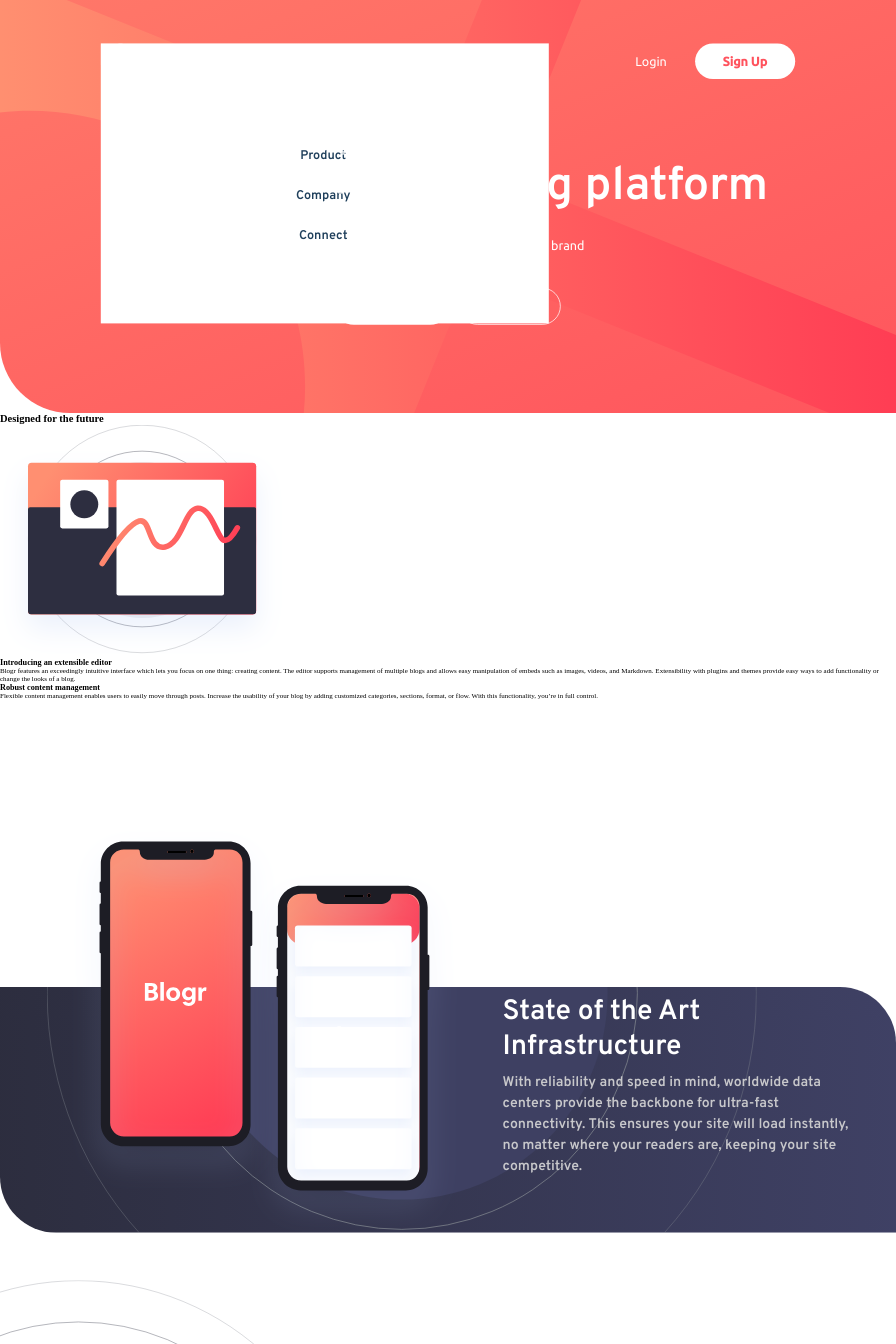
Repository: tomas938/tomaspage3
Page: index.html
An editor plug-in stored every save of this project. The page is shown before and after the next save, followed by the edit.
The browser window is 1280 px wide. The pictures show the part of the page from y = 0 to 1920 px (the page is 3157 px tall), at 70% of full size.
The style sheet was rebuilt from its Sass, Less or Tailwind sources for each picture, by a compiler version that may differ from the author's.

Above is the page before, as saved 2021-07-30 17:04:35.

### index.html
<!DOCTYPE html>
<html lang="en">
	<head>
		<meta charset="UTF-8" />
		<meta name="viewport" content="width=device-width, initial-scale=1.0" />
		<!-- displays site properly based on user's device -->

		<link
			rel="icon"
			type="image/png"
			sizes="32x32"
			href="./images/favicon-32x32.png"
		/>

		<title>Frontend Mentor | [Blogr]</title>

		<link rel="stylesheet" href="./scss/main.css" />
	</head>
	<body>
		<section class="intro">
			<header>
				<nav class="intro__navigation">
					<div class="intro__navigation__logo">
						<svg width="101" height="40" xmlns="http://www.w3.org/2000/svg">
							<path
								d="M0 30.803V1.486h10.653c1.982 0 3.695.31 5.14.93 1.446.619 2.56 1.5 3.345 2.642.785 1.142 1.177 2.484 1.177 4.026 0 1.404-.303 2.636-.909 3.695a6.48 6.48 0 01-2.56 2.498c1.487.578 2.643 1.494 3.469 2.746.826 1.253 1.239 2.732 1.239 4.439 0 1.707-.44 3.18-1.322 4.418-.88 1.239-2.12 2.202-3.716 2.89-1.596.688-3.482 1.033-5.657 1.033H0zM5.946 6.565v6.73h4.046c1.35 0 2.388-.282 3.118-.846.73-.564 1.094-1.397 1.094-2.498 0-1.101-.365-1.94-1.094-2.519-.73-.578-1.769-.867-3.118-.867H5.946zm0 19.159h4.624c1.542 0 2.732-.33 3.572-.991.84-.66 1.26-1.61 1.26-2.85 0-1.238-.42-2.188-1.26-2.848-.84-.66-2.03-.991-3.572-.991H5.946v7.68zm19.282 5.079V0h5.781v30.803h-5.78zm20.893.619c-1.624 0-3.124-.29-4.5-.867a10.94 10.94 0 01-3.593-2.416 10.96 10.96 0 01-2.374-3.654c-.564-1.404-.846-2.931-.846-4.583 0-1.652.289-3.173.867-4.563a11.354 11.354 0 012.415-3.654 10.96 10.96 0 013.634-2.436c1.39-.578 2.91-.867 4.562-.867 1.625 0 3.125.289 4.501.867a10.94 10.94 0 013.592 2.416 11.01 11.01 0 012.375 3.633c.564 1.39.846 2.911.846 4.563 0 1.651-.289 3.179-.867 4.583a11.297 11.297 0 01-2.416 3.675 10.96 10.96 0 01-3.633 2.436c-1.39.578-2.911.867-4.563.867zm.083-5.203c1.046 0 1.982-.275 2.808-.825.825-.551 1.48-1.301 1.96-2.25.483-.95.723-2.03.723-3.242 0-1.211-.24-2.292-.722-3.241-.482-.95-1.136-1.7-1.961-2.25-.826-.551-1.762-.826-2.808-.826-1.046 0-1.982.275-2.808.825-.826.55-1.48 1.301-1.961 2.25-.482.95-.723 2.03-.723 3.242 0 1.211.241 2.292.723 3.241.482.95 1.135 1.7 1.961 2.25.826.551 1.762.826 2.808.826zm24.155 3.964a9.13 9.13 0 01-3.86-.826 9.492 9.492 0 01-3.118-2.291c-.881-.977-1.57-2.12-2.065-3.427-.495-1.308-.743-2.719-.743-4.233 0-1.569.255-3.02.764-4.356a10.614 10.614 0 012.147-3.489 10.174 10.174 0 013.22-2.333c1.225-.564 2.554-.846 3.985-.846 1.404 0 2.67.282 3.799.846a7.402 7.402 0 012.807 2.457l.124-2.684h5.327v19.2c0 1.68-.269 3.207-.805 4.584-.537 1.376-1.301 2.56-2.292 3.55a10.231 10.231 0 01-3.53 2.292c-1.363.537-2.87.805-4.522.805-1.624 0-3.083-.254-4.376-.764a10.468 10.468 0 01-3.386-2.126 10.035 10.035 0 01-2.271-3.18L67.097 32a5.452 5.452 0 001.92 1.879c.784.454 1.672.681 2.663.681 1.074 0 2.003-.24 2.787-.723.785-.481 1.397-1.156 1.838-2.023.44-.867.66-1.879.66-3.035v-1.775a7.793 7.793 0 01-2.828 2.333c-1.143.564-2.402.846-3.778.846zm1.404-5.12c1.018 0 1.92-.254 2.704-.764a5.556 5.556 0 001.879-2.064c.468-.867.702-1.851.702-2.952 0-1.102-.234-2.086-.702-2.953a5.556 5.556 0 00-1.879-2.064c-.784-.51-1.686-.764-2.704-.764-1.019 0-1.92.255-2.705.764a5.556 5.556 0 00-1.879 2.064c-.468.867-.702 1.851-.702 2.953 0 1.1.234 2.085.702 2.952a5.556 5.556 0 001.88 2.064c.784.51 1.685.764 2.704.764zm15.607 5.74V9h5.327l.206 3.304c.55-1.157 1.294-2.044 2.23-2.664.936-.62 2.037-.929 3.303-.929.386 0 .77.035 1.156.103.386.07.73.159 1.033.269l-.62 5.698a4.361 4.361 0 00-.929-.227 7.495 7.495 0 00-.97-.062c-1.597 0-2.822.489-3.675 1.466-.853.977-1.28 2.36-1.28 4.15v10.694h-5.78z"
								fill="#FFF"
								fill-rule="nonzero"
							/>
						</svg>
						<ul>
							<li>
								<a href="#">Product</a>
								<svg xmlns="http://www.w3.org/2000/svg" width="10" height="7">
									<path
										fill="none"
										stroke="#FFF"
										stroke-width="2"
										opacity=".75"
										d="M1 1l4 4 4-4"
									/>
								</svg>
							</li>
							<li>
								<a href="#">Company</a>
								<svg xmlns="http://www.w3.org/2000/svg" width="10" height="7">
									<path
										fill="none"
										stroke="#FFF"
										stroke-width="2"
										opacity=".75"
										d="M1 1l4 4 4-4"
									/>
								</svg>
							</li>
							<li>
								<a href="#">Connect</a>
								<svg xmlns="http://www.w3.org/2000/svg" width="10" height="7">
									<path
										fill="none"
										stroke="#FFF"
										stroke-width="2"
										opacity=".75"
										d="M1 1l4 4 4-4"
									/>
								</svg>
							</li>
						</ul>
					</div>
					<div class="intro__navigation__login">
						<div class="button button--1">Login</div>
						<div class="button button--2">Sign Up</div>
					</div>
					<div class="intro__navigation__mobile">
						<span class="line1"></span>
						<span class="line2"></span>
						<span class="line3"></span>
					</div>

					<ul class="mobile__links">
						<li>
							<a href="#">Product</a>
							<svg xmlns="http://www.w3.org/2000/svg" width="10" height="7">
								<path
									fill="none"
									stroke="#FFF"
									stroke-width="2"
									opacity=".75"
									d="M1 1l4 4 4-4"
								/>
							</svg>
						</li>
						<li>
							<a href="#">Company</a>
							<svg xmlns="http://www.w3.org/2000/svg" width="10" height="7">
								<path
									fill="none"
									stroke="#FFF"
									stroke-width="2"
									opacity=".75"
									d="M1 1l4 4 4-4"
								/>
							</svg>
						</li>
						<li>
							<a href="#">Connect</a>
							<svg xmlns="http://www.w3.org/2000/svg" width="10" height="7">
								<path
									fill="none"
									stroke="#FFF"
									stroke-width="2"
									opacity=".75"
									d="M1 1l4 4 4-4"
								/>
							</svg>
						</li>
					</ul>
				</nav>
			</header>
			<div class="intro__description">
				<h1>A modern publishing platform</h1>
				<p>Grow your audience and build your online brand</p>
				<div class="intro__description__buttons">
					<div class="button button--3">Start for Free</div>
					<div class="button button--4">Learn More</div>
				</div>
			</div>
		</section>
		<section class="about">
			<h2>Designed for the future</h2>
			<div class="about__container">
				<img src="/images/illustration-editor-mobile.svg" alt="" />
				<div class="about__container__items">
					<div class="content">
						<h3>Introducing an extensible editor</h3>
						<p>
							Blogr features an exceedingly intuitive interface which lets you
							focus on one thing: creating content. The editor supports
							management of multiple blogs and allows easy manipulation of
							embeds such as images, videos, and Markdown. Extensibility with
							plugins and themes provide easy ways to add functionality or
							change the looks of a blog.
						</p>
					</div>
					<div class="content">
						<h3>Robust content management</h3>
						<p>
							Flexible content management enables users to easily move through
							posts. Increase the usability of your blog by adding customized
							categories, sections, format, or flow. With this functionality,
							you’re in full control.
						</p>
					</div>
				</div>
			</div>
		</section>
		<section class="mobiles">
			<img src="/images/illustration-phones.svg" alt="" />
			<div class="mobiles__content">
				<h2>State of the Art Infrastructure</h2>
				<p>
					With reliability and speed in mind, worldwide data centers provide the
					backbone for ultra-fast connectivity. This ensures your site will load
					instantly, no matter where your readers are, keeping your site
					competitive.
				</p>
			</div>
		</section>
		<section class="desktop">
			<div class="desktop__container">
				<img src="/images/illustration-laptop-mobile.svg" alt="" />
				<div class="desktop__container__items">
					<div class="content">
						<h3>Free, open, simple</h3>
						<p>
							Blogr is a free and open source application backed by a large
							community of helpful developers. It supports features such as code
							syntax highlighting, RSS feeds, social media integration,
							third-party commenting tools, and works seamlessly with Google
							Analytics. The architecture is clean and is relatively easy to
							learn.
						</p>
					</div>
					<div class="content">
						<h3>Powerful tooling</h3>
						<p>
							Batteries included. We built a simple and straightforward CLI tool
							that makes customization and deployment a breeze, but capable of
							producing even the most complicated sites.
						</p>
					</div>
				</div>
			</div>
		</section>
		<footer>
			<div class="logo">
				<img src="/images/logo.svg" alt="" />
			</div>
			<div class="product">
				<h5>Product</h5>
				<a href="#">Overview</a>
				<a href="#">Pricing</a>
				<a href="#">Marketplace</a>
				<a href="#">Features</a>
				<a href="#">Integrations</a>
			</div>
			<div class="company">
				<h5>Company</h5>
				<a href="#">About</a>
				<a href="#">Team</a>
				<a href="#">Blog</a>
				<a href="#">Careers</a>
			</div>
			<div class="connect">
				<h5>Connect</h5>
				<a href="#">Connect</a>
				<a href="#">Newsletter</a>
				<a href="#">LinkedIn</a>
			</div>
		</footer>
	</body>
</html>

### scss/main.scss
@import "../scss_partials/variables";
@import "../scss_partials/resets";
@import "../scss_partials/intro";
@import "../scss_partials/about";
@import "../scss_partials/mobiles";
@import "../scss_partials/desktop";
@import "../scss_partials/footer";

### scss_partials/_variables.scss
//Colors

/* PRIMARY */

$light-red: hsl(356, 100%, 66%);
$very-light-red: hsl(355, 100%, 74%);
$very-dark-blue: hsl(208, 49%, 24%);

/* NEUTRAL */

$white: hsl(0, 0%, 100%);
$grayish-blue: hsl(240, 2%, 79%); //Footer Text
$very-dark-grayish-blue: hsl(207, 13%, 34%);
$very-dark-black-blue: hsl(240, 10%, 16%); //Footer Background

/* GRADIENT */

$very-light-red-gradient: hsl(13, 100%, 72%); // Intro /CTA
$light-red-gradient: hsl(353, 100%, 62%); // Intro /CTA

$very-dark-gray-blue: hsl(237, 17%, 21%); // Background body gradient
$very-dark-desaturated-blue: hsl(237, 23%, 32%); // Background body gradient

//Fonts

@import url("https://fonts.googleapis.com/css2?family=Overpass:wght@300;600&display=swap");

$font-primary: "Overpass", sans-serif;
$font-weight-primary-light: 300;
$font-weight-primary-bold: 600;

@import url("https://fonts.googleapis.com/css2?family=Ubuntu:ital,wght@0,400;0,500;1,700&display=swap");

$font-secondary: "Ubuntu", sans-serif;

$font-weight-secondary-light: 400;
$font-weight-secondary-medium: 500;
$font-weight-secondary-bold: 700;

### scss_partials/_resets.scss
* {
	margin: 0;
	padding: 0;
	box-sizing: border-box;
}
html {
	font-size: 62.5%;
	@media only screen and (max-width: 1000px) {
		font-size: 52.5%;
	}
}
li {
	list-style: none;
}
a {
	text-decoration: none;
}

### scss_partials/_intro.scss
.intro {
	height: 82vh;
	background-image: url(../images/bg-pattern-intro.svg),
		linear-gradient(to right, $very-light-red-gradient, $light-red-gradient);
	background-position: center center;
	border-bottom-left-radius: 10rem;
	font-family: $font-secondary;
	font-weight: $font-weight-secondary-light;
	color: $white;
	font-size: 1.8rem;
	header {
		width: 100%;
	}
	&__navigation {
		width: 77.5%;
		margin: auto;
		padding: 6.2rem 0;
		display: flex;
		justify-content: space-between;
		&__logo {
			display: flex;
		}
		ul {
			display: flex;
			align-items: center;
			@media only screen and (max-width: 900px) {
				display: none;
			}
		}
		li {
			margin-left: 5rem;
		}

		a {
			color: $white;
		}
		&__login {
			display: flex;
			align-items: center;
			@media only screen and (max-width: 900px) {
				display: none;
			}
		}
		&__mobile {
			display: flex;
			display: none;
			@media only screen and (max-width: 900px) {
				display: flex;
			}
			align-items: center;
			flex-direction: column;
			justify-content: center;
			span {
				width: 3.5rem;
				height: 0.4rem;
				background-color: $white;
				margin-top: 0.7rem;
			}
		}
		.mobile__links {
			opacity: 1;
			position: absolute;
			background-color: $white;
			height: 40rem;
			width: 50%;
			font-family: $font-primary;
			font-weight: $font-weight-primary-bold;
			display: flex;
			flex-direction: column;
			align-items: center;
			justify-content: center;
			svg {
				transform: scale(2);
				width: 5rem;
				height: 5rem;
				fill: $light-red;
			}
			ul {
			}
			a {
				color: $very-dark-blue;
			}
		}
	}
	&__description {
		h1 {
			padding: 5rem 0 3rem 0;
			font-size: 6.7rem;
			text-align: center;
			font-family: $font-primary;
			font-weight: $font-weight-primary-bold;
			@media only screen and (max-width: 800px) {
				font-size: 4.7rem;
			}
			@media only screen and (max-width: 565px) {
				font-size: 3.7rem;
			}
		}
		p {
			text-align: center;
		}
		&__buttons {
			padding: 5rem 0;

			margin: auto;
			display: flex;
			justify-content: center;
		}
	}
}
.button {
	cursor: pointer;
	padding: 1.5rem 4rem;
	border-radius: 3rem;
}
.button--2 {
	background-color: $white;
	color: $light-red;
	font-family: $font-secondary;
	font-weight: $font-weight-secondary-bold;
	transition: all 0.3s ease-in-out;
}
.button--2:hover {
	background-color: hsla(0, 0%, 100%, 0.267);
	color: $white;
}
.button--3 {
	background-color: $white;
	color: $light-red;
	font-family: $font-secondary;
	font-weight: $font-weight-secondary-bold;
	transition: all 0.3s ease-in-out;
	padding: 1.5rem 2.5rem;
}
.button--3:hover {
	background-color: hsla(0, 0%, 100%, 0.267);
	color: $white;
}
.button--4 {
	margin-left: 1.5rem;
	border: 1px solid $white;
	padding: 1.5rem 2.5rem;
}

### scss_partials/about.scss
.about {
	height: 100vh;
}

### scss_partials/_mobiles.scss
.mobiles {
	margin-top: 10rem;
	background-image: url(../images/bg-pattern-circles.svg),
		linear-gradient(to right, $very-dark-gray-blue, $very-dark-desaturated-blue);

	background-repeat: no-repeat;
	background-position: 25% 75%;
	border-bottom-left-radius: 8rem;
	border-top-right-radius: 8rem;
	font-family: $font-primary;
	display: flex;
	align-items: flex-end;
	justify-content: flex-end;
	position: relative;
	color: $white;
	height: 35.1rem;
	@media only screen and (max-width: 900px) {
		height: 55.1rem;
	}
	img {
		position: absolute;
		left: 8%;
		@media only screen and (max-width: 1150px) {
			left: 1%;
		}
		@media only screen and (max-width: 1000px) {
			transform: scale(0.75);
			top: -42%;
			left: -5%;
		}
		@media only screen and (max-width: 900px) {
			transform: scale(0.75);
			left: 50%;
			top: -36%;
			transform: translateX(-50%);
			height: 90%;
		}
		@media only screen and (max-width: 570px) {
			height: 80%;

			top: -35%;
		}
		@media only screen and (max-width: 338px) {
			height: 60%;
			top: -29%;
		}
	}
	&__content {
		margin-right: 17rem;
		padding: 10rem 0;
		width: 40%;
		@media only screen and (max-width: 1350px) {
			margin-right: 5rem;
			padding: 8rem 0;
		}

		@media only screen and (max-width: 900px) {
			margin-right: 2rem;
			width: 50%;
			width: 80%;
			margin: 0 auto;
			text-align: center;
		}
		@media only screen and (max-width: 570px) {
			padding: 4rem 0;
		}

		h2 {
			font-size: 4rem;
			font-weight: $font-weight-primary-bold;
		}
		p {
			margin-top: 1rem;
			font-size: 2rem;
			line-height: 3rem;
			font-weight: $font-weight-primary-bold;
			color: $grayish-blue;
		}
	}
}

### scss_partials/_desktop.scss
.desktop {
	padding: 20rem 0;
	font-family: $font-primary;
	background-image: url(../images/illustration-laptop-desktop.svg);
	background-repeat: no-repeat;
	background-position: bottom 10rem left -28rem;
	@media only screen and (max-width: 1250px) {
		background-position: bottom 10rem left -38rem;
	}
	@media only screen and (max-width: 1100px) {
		background-position: bottom 10rem left -50rem;
	}
	@media only screen and (max-width: 1000px) {
		background-position: bottom 6rem left -55rem;
	}
	@media only screen and (max-width: 900px) {
		background-image: url("");
	}
	h2 {
		text-align: center;
		font-size: 4rem;
		color: $very-dark-blue;
		padding: 17rem 0 10rem 0;
	}
	&__container {
		display: flex;
		justify-content: flex-end;
		@media only screen and (max-width: 900px) {
			display: flex;
			flex-direction: column;
		}
		img {
			display: none;
			@media only screen and (max-width: 900px) {
				display: block;
				margin: 5rem auto;
				display: flex;
				flex-direction: column;
			}
			@media only screen and (max-width: 550px) {
				width: 100%;
				height: 100%;
			}
		}
		&__items {
			width: 50%;
			@media only screen and (max-width: 900px) {
				width: 80%;
				margin: auto;
				text-align: center;
			}
		}
		.content {
			margin-right: 17rem;
			@media only screen and (max-width: 1350px) {
				margin-right: 5rem;
			}
			@media only screen and (max-width: 900px) {
				margin-right: 0rem;
			}
		}
		h3 {
			font-size: 3rem;
			color: $very-dark-blue;
		}
		p {
			color: $very-dark-grayish-blue;
			line-height: 3rem;
			padding: 4rem 0 8rem;
			font-size: 2rem;
		}
	}
}

### scss_partials/_footer.scss
footer {
	padding: 10rem 15rem;
	background-color: $very-dark-black-blue;
	color: $grayish-blue;
	border-top-right-radius: 15rem;
	display: flex;
	flex-direction: column;
	align-items: center;
	font-family: $font-primary;
	@media only screen and (max-width: 800px) {
		padding: 10rem 0rem;
	}
	@media only screen and (min-width: 500px) {
		flex-direction: row;
		align-items: flex-start;
		justify-content: space-around;
	}
	.product {
		display: flex;
		flex-direction: column;
		align-items: flex-start;
		padding: 2rem;
		@media only screen and (min-width: 500px) {
			padding: 0rem;
			justify-items: flex-start;
		}
	}
	.company {
		display: flex;
		flex-direction: column;
		align-items: flex-start;
		padding: 2rem;
		@media only screen and (min-width: 500px) {
			padding: 0rem;
			justify-items: flex-start;
		}
	}
	.connect {
		display: flex;
		flex-direction: column;
		align-items: flex-start;
		padding: 2rem;
		@media only screen and (min-width: 500px) {
			padding: 0rem;
			justify-items: flex-start;
		}
	}
	a {
		color: $grayish-blue;
		font-size: 2rem;
		margin-bottom: 1rem;
		position: relative;
	}
	a::before {
		content: "";
		position: absolute;
		top: 23px;
		width: 50%;
		left: 20%;
		height: 0.3rem;
		background-color: $grayish-blue;
		opacity: 0;
		transition: all 0.3s ease-in-out;
	}
	a:hover::before {
		opacity: 1;
		left: 0;
		width: 100%;
		transition: all 0.3s ease-in-out;
	}
	h5 {
		font-size: 2.5rem;
		padding: 3rem;
		padding-left: 0;
		color: $white;
		@media only screen and (min-width: 500px) {
			padding-top: 0rem;
		}
	}
}

After the next save:
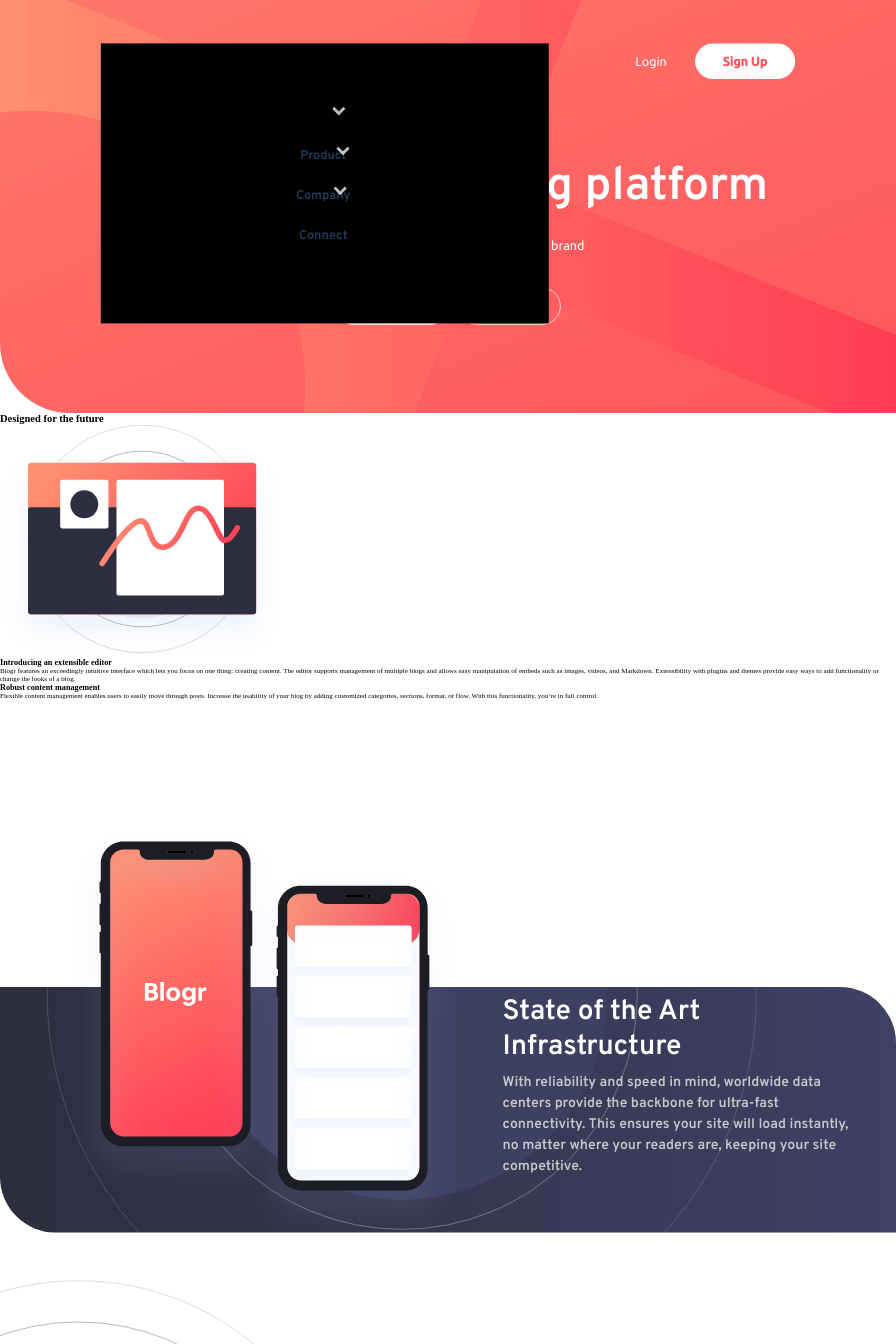
Saved 13 s later.
--- a/scss_partials/_intro.scss
+++ b/scss_partials/_intro.scss
@@ -60,7 +60,7 @@
 		.mobile__links {
 			opacity: 1;
 			position: absolute;
-			background-color: $white;
+			background-color: black;
 			height: 40rem;
 			width: 50%;
 			font-family: $font-primary;
